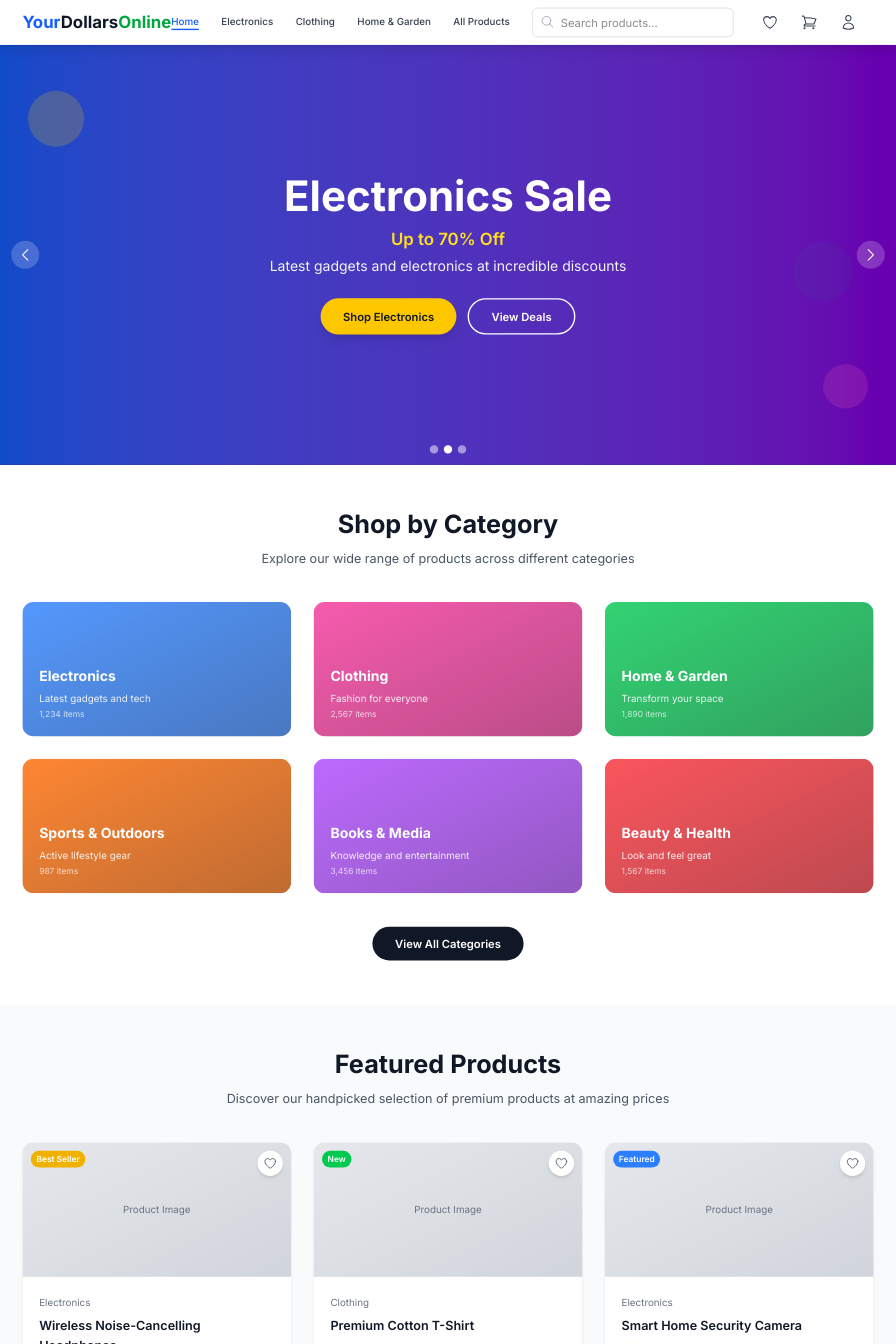
Repository: papykabukanyi/YourDollarsOnline
Page: /
These files come from the project's save history. The page is drawn as it stood at one moment and after the next save; the edit follows.
The browser window is 1280 px wide. The pictures show the part of the page from y = 0 to 1920 px (the page is 3650 px tall), at 70% of full size.
The page's requests for data from a server got no answer. The project was rebuilt for these pictures with package versions that can differ from the ones it lists, and the page was loaded fresh each time. The framework's server and built-in components were replaced by stand-ins that run in the browser. No one was signed in, and anything a server would have sent is missing. Also part of the build but not shown: next.config.js.

Above is the page before, as saved 2025-07-04 04:57:54.

After the next save:
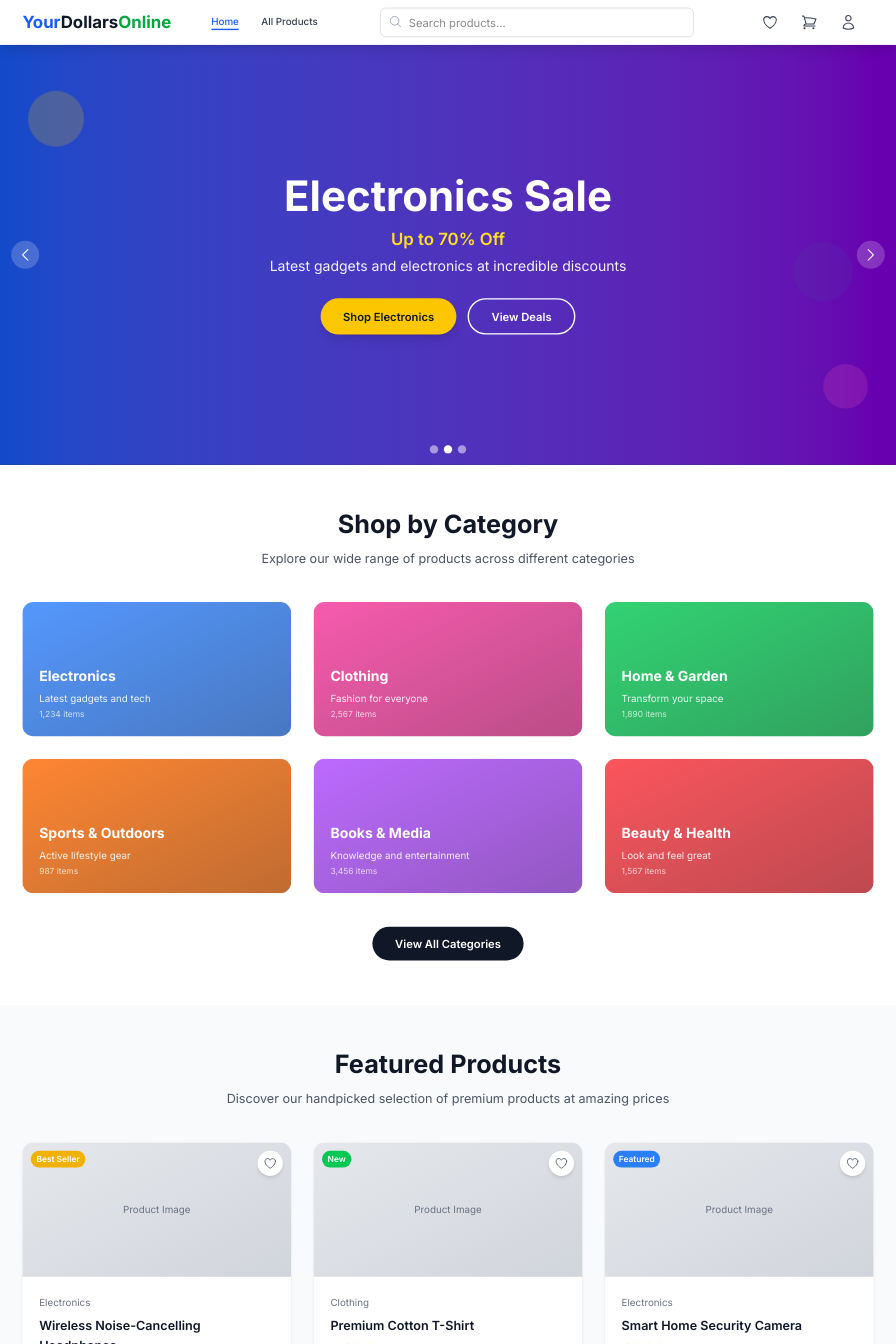
Saved 6 min 55 s later.
--- a/src/components/Header.js
+++ b/src/components/Header.js
@@ -2,7 +2,7 @@
 
 import { useState, useEffect } from 'react';
 import Link from 'next/link';
-import { usePathname } from 'next/navigation';
+import { usePathname, useRouter } from 'next/navigation';
 import {
   ShoppingCartIcon,
   UserIcon,
@@ -16,19 +16,69 @@ import { ShoppingCartIcon as ShoppingCartSolid } from '@heroicons/react/24/solid
 export default function Header() {
   const [isMenuOpen, setIsMenuOpen] = useState(false);
   const [cartCount, setCartCount] = useState(0);
+  const [categories, setCategories] = useState([]);
+  const [searchQuery, setSearchQuery] = useState('');
+  const [searchResults, setSearchResults] = useState([]);
+  const [showSearchResults, setShowSearchResults] = useState(false);
   const pathname = usePathname();
+  const router = useRouter();
 
   useEffect(() => {
     // Get cart count from localStorage
     const cart = JSON.parse(localStorage.getItem('cart') || '[]');
     setCartCount(cart.reduce((total, item) => total + item.quantity, 0));
+
+    // Fetch dynamic categories
+    fetchCategories();
   }, []);
 
+  const fetchCategories = async () => {
+    try {
+      const response = await fetch('/api/categories');
+      if (response.ok) {
+        const data = await response.json();
+        setCategories(data.categories || []);
+      }
+    } catch (error) {
+      console.error('Failed to fetch categories:', error);
+    }
+  };
+
+  const handleSearch = async (query) => {
+    setSearchQuery(query);
+
+    if (query.length > 2) {
+      try {
+        const response = await fetch(`/api/search?q=${encodeURIComponent(query)}`);
+        if (response.ok) {
+          const data = await response.json();
+          setSearchResults(data.products || []);
+          setShowSearchResults(true);
+        }
+      } catch (error) {
+        console.error('Search failed:', error);
+      }
+    } else {
+      setSearchResults([]);
+      setShowSearchResults(false);
+    }
+  };
+
+  const handleSearchSubmit = (e) => {
+    e.preventDefault();
+    if (searchQuery.trim()) {
+      router.push(`/search?q=${encodeURIComponent(searchQuery.trim())}`);
+      setShowSearchResults(false);
+    }
+  };
+
+  // Dynamic navigation based on available categories
   const navigation = [
     { name: 'Home', href: '/' },
-    { name: 'Electronics', href: '/category/electronics' },
-    { name: 'Clothing', href: '/category/clothing' },
-    { name: 'Home & Garden', href: '/category/home-garden' },
+    ...categories.map(category => ({
+      name: category.name,
+      href: `/category/${category.slug || category.name.toLowerCase().replace(/ & /g, '-').replace(/ /g, '-')}`
+    })),
     { name: 'All Products', href: '/products' },
   ];
 
